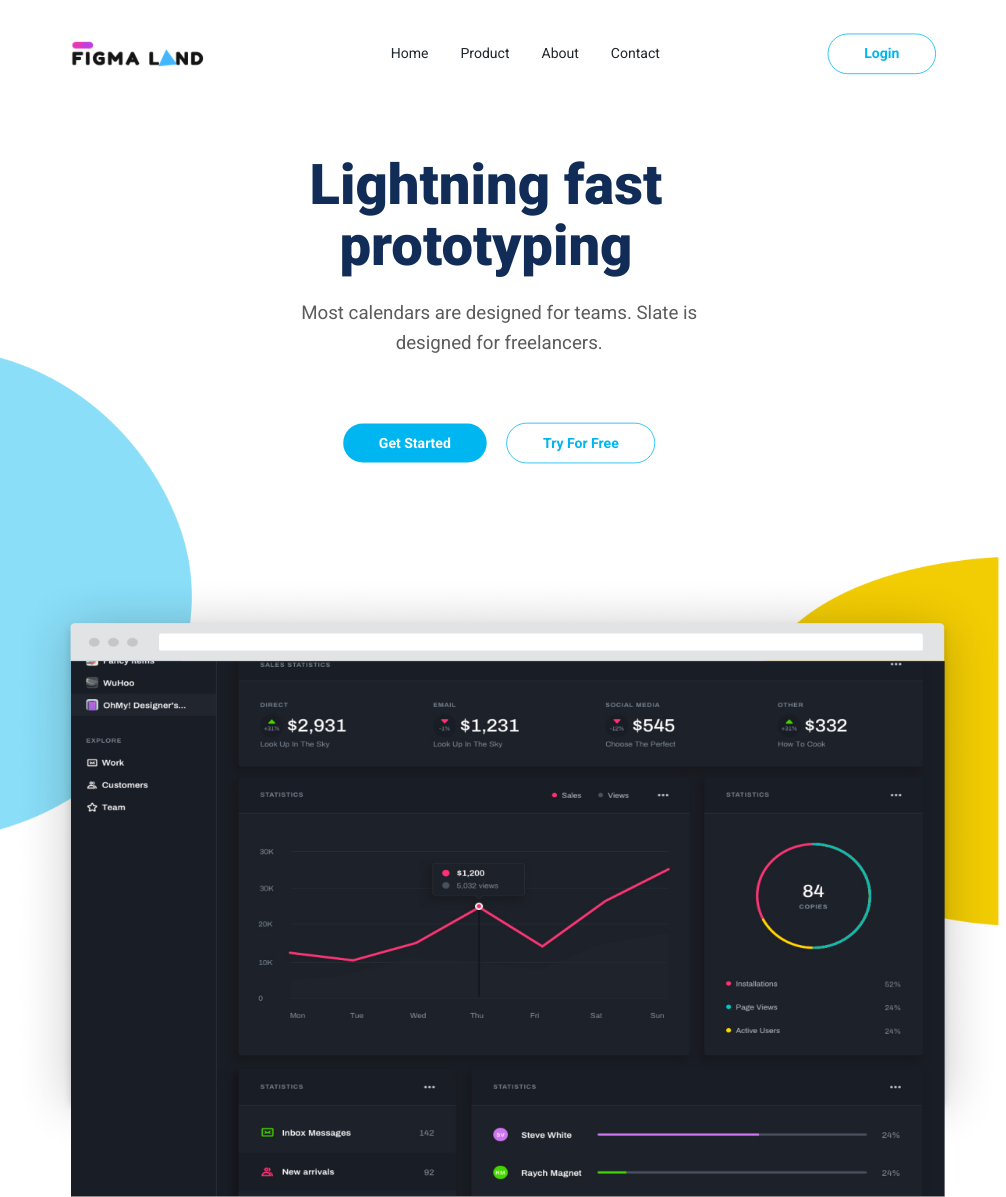
Repository: tungcutte35/Figma-Land
Page: sass/index.html
An editor plug-in stored every save of this project. The page is shown before and after a run of saves, followed by the edit.
The browser window is 1280 px wide. The page is 1290 px wide, then 1280 px, then 1290 px, so the pictures cover 1290 px, including what lies to the right of the window. The pictures show the whole page, at 78% of full size.
The style sheet was rebuilt from its Sass, Less or Tailwind sources for each picture, by a compiler version that may differ from the author's.

Above is the page before, as saved 2021-10-23 16:52:30.

### sass/index.html
<!DOCTYPE html>
<html lang="en">
<head>
  <meta charset="UTF-8">
  <meta http-equiv="X-UA-Compatible" content="IE=edge">
  <meta name="viewport" content="width=device-width, initial-scale=1.0">
  <title>Figma Land</title>
  <link rel="stylesheet" href="./css/app.css">
  <link rel="preconnect" href="https://fonts.googleapis.com">
  <link rel="preconnect" href="https://fonts.gstatic.com" crossorigin>
  <link href="https://fonts.googleapis.com/css2?family=Roboto:wght@400;700;900&display=swap" rel="stylesheet">
</head>
<body>
 <div class="wrapper">
   <header class="header">
    <div class="container">
      <div class="header-container">
        <div class="header-img">
          <a href="#">
            <img srcset="./images/logo.png 2x" alt="">
          </a>
        </div>
        <ul class="menu">
          <li class="menu-item">
            <a href="#" class="menu-link">Home</a>
          </li>
          <li class="menu-item">
            <a href="#" class="menu-link">Product</a>
          </li>
          <li class="menu-item">
            <a href="#" class="menu-link">About</a>
          </li>
          <li class="menu-item">
            <a href="#" class="menu-link">Contact</a>
          </li>
        </ul>
        <div class="header-login">
          <button class="button button--outline">Login</button>
        </div>

      </div>
    </div>
   </header>
   <section class="lightning">
     <div class="container">
       <div class="lightning-container">
         <div class="lightning-header">
           <h2 class="lightning-heading">Lightning fast
            prototyping</h2>
           <p class="text lightning-content">
            Most calendars are designed for teams. Slate is
            designed for freelancers.
           </p>
           <div class="lightning-button">
             <button class="button button--primary">Get Started</button>
             <button class="button button--outline">Try For Free</button>
           </div>
         </div>
       </div>
       <img srcset="./images/img.png 2x" alt="" class="lightning-img">
         <img srcset="./images/Vector.png 2x" alt="" class="lightning-vector1">
         <img srcset="./images/Vector2.png 2x" alt="" class="lightning-vector2">
     </div>
   </section>

 </div>
</body>
</html>

### sass/app.scss
@import "./reset";
@import "./variables";
@import "./global";
@import "./header";
@import "./menu";
@import "./lightning";

### sass/_variables.scss
$font: "Roboto", sans-serif;
$primary-color: #00b6f0;
$heading-color: #20262a;
$text-color: #5c5c5c;
$secondary-color: #112d57;

### sass/_global.scss
.wrapper {
  max-width: 1282px;
  margin: 0 auto;
}
.container {
  max-width: 1160px;
  margin: 0 auto;
  padding: 0 20px;
}
body {
  font-family: $font;
  line-height: 1;
  font-size: 18px;
  color: $heading-color;
}
ul {
  list-style-type: none;
}
.button {
  display: inline-flex;
  justify-content: center;
  align-items: center;
  font-size: 18px;
  font-weight: 700;
  // height: 50px;
  line-height: 1;
  font-family: $font;
  padding: 16px 46px;
  border-radius: 85px;
  background-color: transparent;
  border: 0;
  outline: none;
  cursor: pointer;
  transition-duration: 0.4s;

  &--primary {
    color: #fff;
    background-color: $primary-color;
    &:hover {
      color: $primary-color;
      background-color: transparent;
      border: 1.4px solid $primary-color;
    }
  }
  &--outline {
    color: $primary-color;
    border: 1.4px solid $primary-color;
    &:hover {
      background-color: $primary-color;
      color: white;
    }
  }
}

.heading {
  color: $heading-color;
  font-weight: 700;
  font-size: 56px;
  line-height: calc(65 / 56);
}
.text {
  font-size: 24px;
  font-weight: 450;
  color: $text-color;
  line-height: calc(38 / 24);
}

### sass/_header.scss
.header {
  margin-top: 30px;
  margin-bottom: 91px;

  &-container {
    display: flex;
    justify-content: space-between;
    align-items: center;
  }
}

### sass/_menu.scss
.menu {
  display: flex;

  gap: 0 41px;
  &-item {
    display: flex;
    align-items: center;
    justify-content: center;
  }
  &-link {
    color: inherit;
    &:after {
      display: block;
      content: "";
      border-bottom: solid 2px $primary-color;
      transform: scaleX(0);
      transition: transform 250ms ease-in-out;
    }
    &:hover:after {
      transform: scaleX(1);
    }
    &:hover {
      color: $primary-color;
    }
  }
}

### sass/_lightning.scss
.lightning {
  &-container {
    display: flex;
    align-items: center;
    justify-content: center;
    gap: 0 25px;
    position: relative;
  }
  &-header {
    text-align: center;
    max-width: 544px;
  }
  &-heading {
    max-width: 510px;
    font-weight: 900;
    font-size: 72px;
    line-height: calc(78 / 72);
    color: $secondary-color;
    margin-bottom: 27px;
  }
  &-content {
    margin-bottom: 84px;
  }
  &-button {
    display: flex;
    align-items: center;
    justify-content: center;
    gap: 0 25px;
    margin-bottom: 45px;
  }
  &-vector1 {
    position: absolute;
    left: 0;
    bottom: -50%;
  }
  &-vector2 {
    position: absolute;
    right: 0;
    bottom: -65%;
  }
  &-img {
    position: absolute;
    bottom: -113%;
    left: 10px;
    z-index: 99;
    width: 100%;
    height: 803px;
  }
}

Loaded but not shown: sass/_reset.scss (common file)

After the next 2 saves:
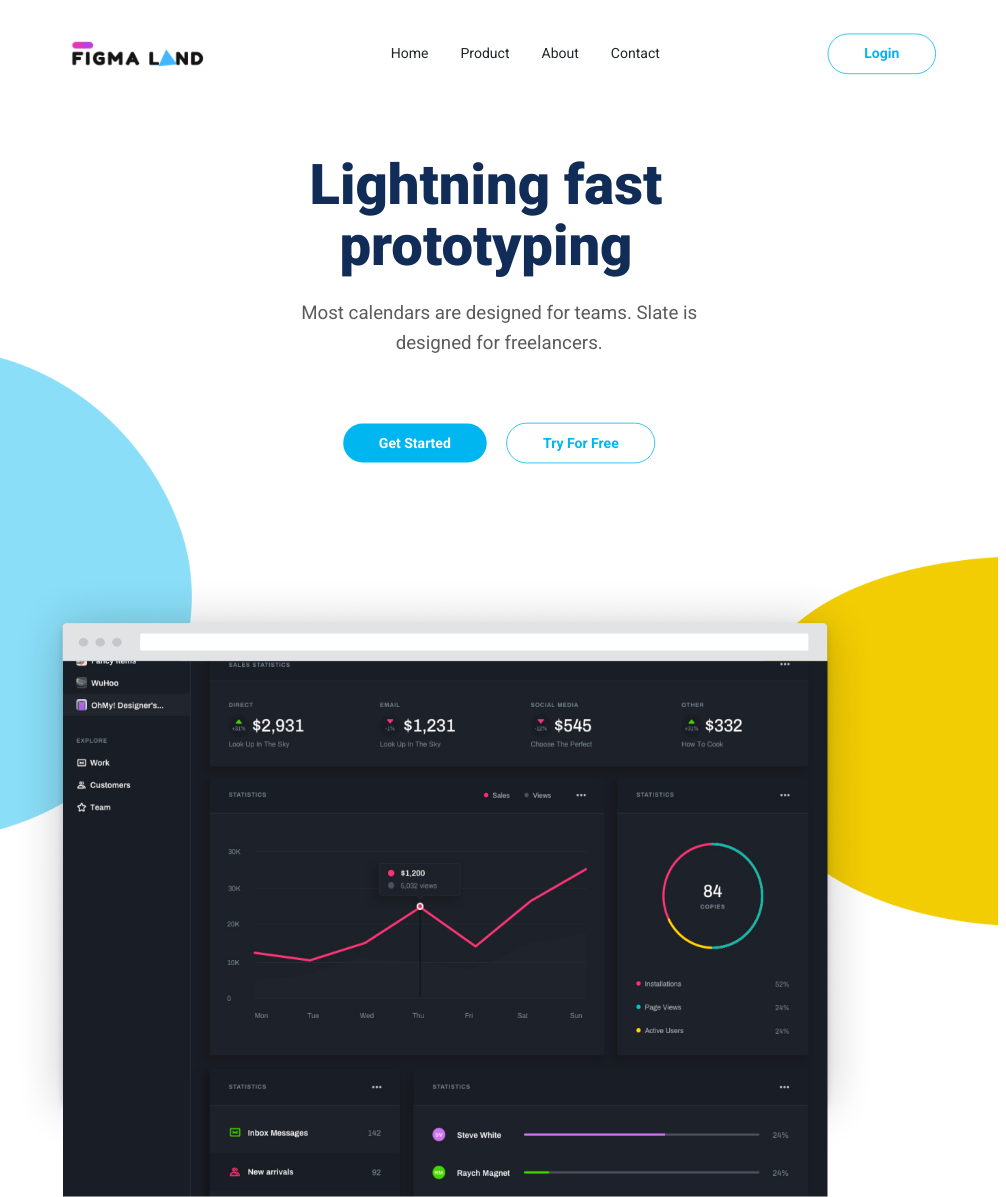
The 2 saves are shown as one change because they came seconds apart.
The last was saved 22 s later.
--- a/sass/_lightning.scss
+++ b/sass/_lightning.scss
@@ -43,7 +43,7 @@
     bottom: -113%;
     left: 10px;
     z-index: 99;
-    width: 100%;
+    max-width: 1120px;
     height: 803px;
   }
 }

After the save that followed:
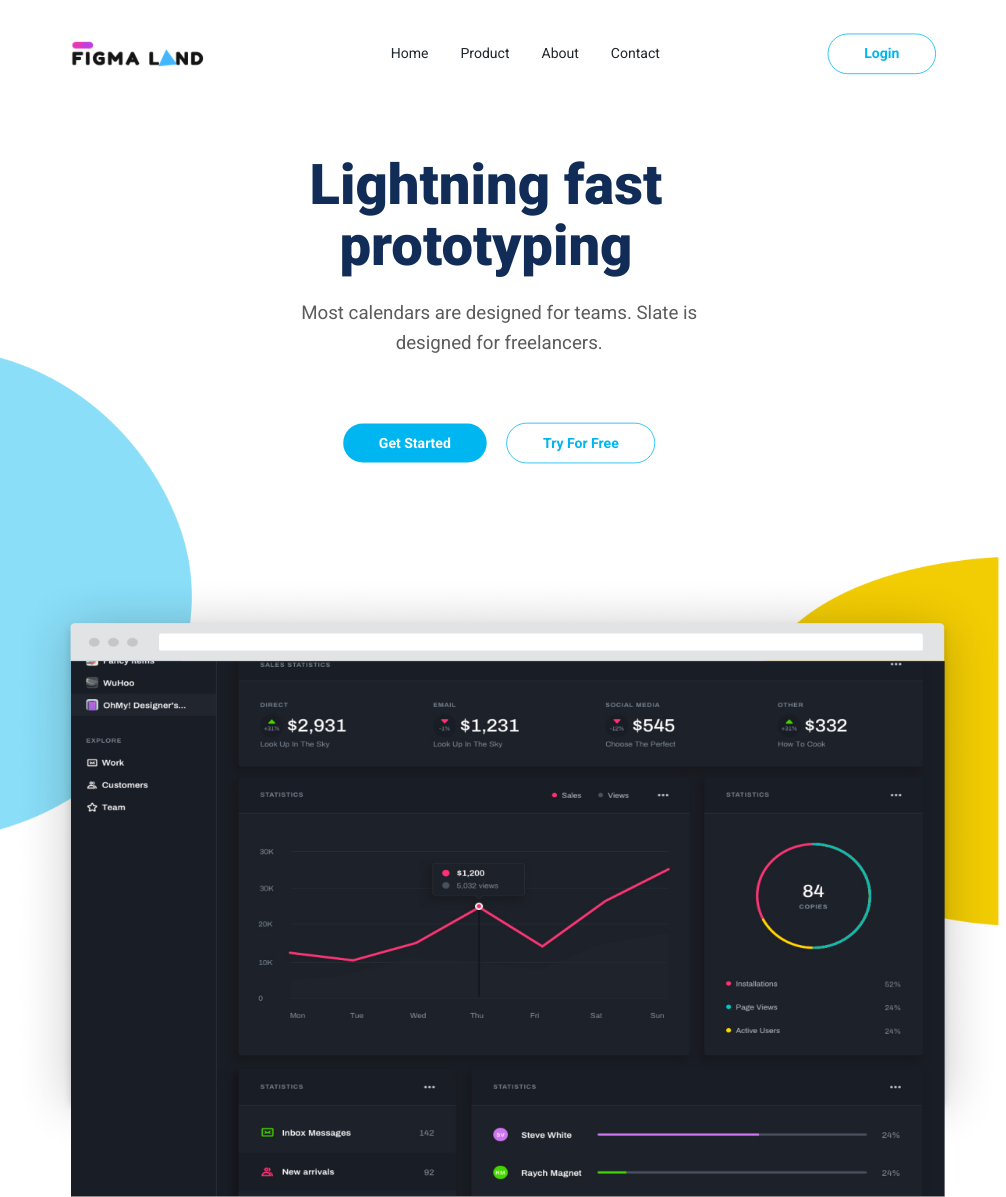
Saved 10 s later.
--- a/sass/_lightning.scss
+++ b/sass/_lightning.scss
@@ -43,7 +43,7 @@
     bottom: -113%;
     left: 10px;
     z-index: 99;
-    max-width: 1120px;
+    width: 100%;
     height: 803px;
   }
 }
